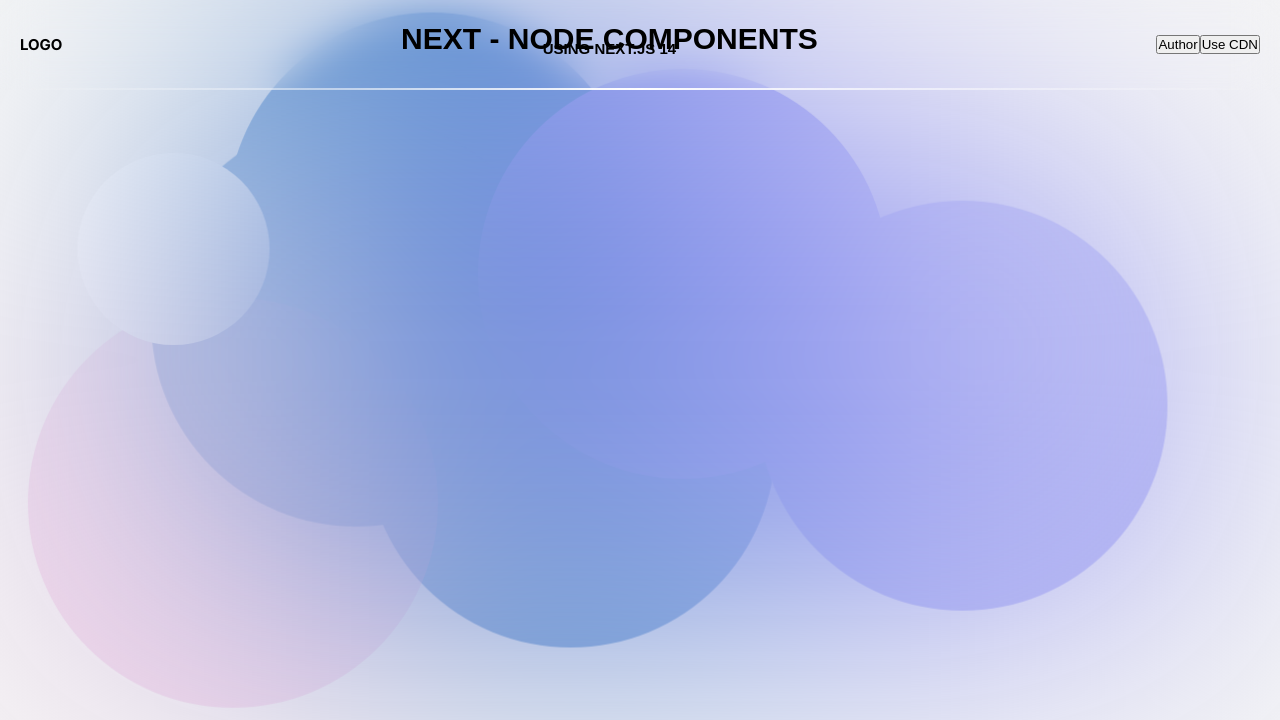
Repository: keval-gohil/komponents
Page: /
These files come from the project's save history. The page is drawn as it stood at one moment and after the next save; the edit follows.
The browser window is 1280 px wide. The pictures show the whole page.
Some web fonts or font styles are not loaded; a fallback is used. The project was rebuilt for these pictures with package versions that can differ from the ones it lists, and the page was loaded fresh each time. The framework's server and built-in components were replaced by stand-ins that run in the browser. Also part of the build but not shown: next.config.mjs.

Above is the page before, as saved 2024-03-07 12:27:40.

### app/layout.js
import { Inter } from "next/font/google";
import "./globals.css";

const inter = Inter({ subsets: ["latin"] });

export const metadata = {
  title: "Komponents | Next-Node",
  description: "Generated by create next app",
};

export default function RootLayout({ children }) {
  return (
    <html lang="en" suppressHydrationWarning={true}>
      <body className={inter.className}>{children}</body>
    </html>
  );
}

### app/page.js
import Background from '@/components/reuse/background'
import Header from '@/components/reuse/header'
import React from 'react'

const page = () => {
  return (
    <>
      <Background />
      <Header />
    </>
  )
}

export default page

### app/globals.css

*,
*:before,
*:after {
	padding: 0;
	margin: 0;
	box-sizing: border-box;
	-webkit-tap-highlight-color: transparent;
}

html {
	scroll-behavior: smooth;
	font-size: 10px;
}

body {
	width: 100%;
	height: 100%;
	overflow-x: hidden;
	background-color: whitesmoke;
}

.bouncing-blob {
	width: 32vw;
	aspect-ratio: 1;
	border-radius: 50%;
	will-change: transform;
	position: absolute;
	z-index: 1;
	top: 0;
	left: 0;
	transform-origin: left top;
  }

  .bouncing-blob--blue {
	background: #4783c7;
  }

  .bouncing-blob--white {
	background: #ffffff;
	z-index: 2;
	width: 15vw;
  }

  .bouncing-blob--purple {
	background: #8c8ff1;
  }

  .bouncing-blob--pink {
	background: #e289cd50;
  }

  .bouncing-blobs-container {
	position: fixed;
	z-index: -1;
	top: 0;
	left: 0;
	width: 100%;
	height: 100%;
  }

  .bouncing-blobs-glass {
	position: absolute;
	z-index: 2;
	top: 0;
	left: 0;
	width: 100%;
	height: 100%;
	backdrop-filter: blur(140px);
	-webkit-backdrop-filter: blur(140px);
	pointer-events: none;
  }

  .bouncing-blobs {
	position: absolute;
	z-index: 1;
	top: 0;
	left: 0;
	width: 100%;
	height: 100%;
  }

  .main-content {
	display: flex;
	flex-direction: column;
	justify-content: center;
	align-items: center;
	width: 100%;
  }




  @media (max-width: 1200px) {
	.bouncing-blobs-glass {
	  backdrop-filter: blur(120px);
	  -webkit-backdrop-filter: blur(120px);
	}
  }

  @media (max-width: 500px) {
	.bouncing-blob {
	  width: 60vw;
	}
	.bouncing-blob--white {
	  width: 30vw;
	}
	.bouncing-blobs-glass {
	  backdrop-filter: blur(90px);
	  -webkit-backdrop-filter: blur(90px);
	}

  }

### components/reuse/background.js
'use client'
import React, { useEffect } from 'react';

const MIN_SPEED = 1.5;
const MAX_SPEED = 2.5;

function randomNumber(min, max) {
  return Math.random() * (max - min) + min;
}

class Blob {
  constructor(el) {
    this.el = el;
    const boundingRect = this.el.getBoundingClientRect();
    this.size = boundingRect.width;
    this.initialX = randomNumber(0, window.innerWidth - this.size);
    this.initialY = randomNumber(0, window.innerHeight - this.size);
    this.el.style.top = `${this.initialY}px`;
    this.el.style.left = `${this.initialX}px`;
    this.vx =
      randomNumber(MIN_SPEED, MAX_SPEED) * (Math.random() > 0.5 ? 1 : -1);
    this.vy =
      randomNumber(MIN_SPEED, MAX_SPEED) * (Math.random() > 0.5 ? 1 : -1);
    this.x = this.initialX;
    this.y = this.initialY;
  }

  update() {
    this.x += this.vx;
    this.y += this.vy;
    if (this.x >= window.innerWidth - this.size) {
      this.x = window.innerWidth - this.size;
      this.vx *= -1;
    }
    if (this.y >= window.innerHeight - this.size) {
      this.y = window.innerHeight - this.size;
      this.vy *= -1;
    }
    if (this.x <= 0) {
      this.x = 0;
      this.vx *= -1;
    }
    if (this.y <= 0) {
      this.y = 0;
      this.vy *= -1;
    }
  }

  move() {
    this.el.style.transform = `translate(${this.x - this.initialX}px, ${
      this.y - this.initialY
    }px)`;
  }
}

function Background() {
  useEffect(() => {
    const blobEls = document.querySelectorAll('.bouncing-blob');
    const blobs = Array.from(blobEls).map((blobEl) => new Blob(blobEl));

    function update() {
      requestAnimationFrame(update);
      blobs.forEach((blob) => {
        blob.update();
        blob.move();
      });
    }

    requestAnimationFrame(update);

    return () => cancelAnimationFrame(update);
  }, []);

  return (
    <div className="bouncing-blobs-container">
      <div className="bouncing-blobs-glass"></div>
      <div className="bouncing-blobs">
        <div className="bouncing-blob bouncing-blob--blue"></div>
        <div className="bouncing-blob bouncing-blob--blue"></div>
        <div className="bouncing-blob bouncing-blob--blue"></div>
        <div className="bouncing-blob bouncing-blob--white"></div>
        <div className="bouncing-blob bouncing-blob--purple"></div>
        <div className="bouncing-blob bouncing-blob--purple"></div>
        <div className="bouncing-blob bouncing-blob--pink"></div>
      </div>
    </div>
  );
}

export default Background;

### components/reuse/header.js
import React from 'react'
import Style from '@/components/reuse/styles/style.css'

const Header = () => {
  return (
    <>
        <nav>
            <h1>LOGO</h1>
            <h2>Next - Node Components<span>using Next.js 14</span></h2>
            <div>
              <button>Author</button>
              <button>Use CDN</button>
            </div>
        </nav>
    </>
  )
}

export default Header

### components/reuse/styles/style.css
@import url('https://fonts.googleapis.com/css2?family=Anta&display=swap');


nav {
    display: flex;
    justify-content: space-between;
    align-items: center;
    background: transparent;
    backdrop-filter: blur(20px);
    height: 9rem;
    border-bottom: 0.2rem solid transparent;
    border-image: linear-gradient(0.25turn, rgba(56,2,155,0), #fff, rgba(56,2,155,0));
    border-image-slice: 1;
    padding: 0 2rem;
}

nav h2{
    display: flex;
    flex-direction: column;
    text-align: center;
    font-family: "Anta", sans-serif;
    text-transform: uppercase;
    line-height: 1rem;
    font-size: 3rem;
}
nav h2 span{
    font-size: 1.5rem;
}

After the next save:
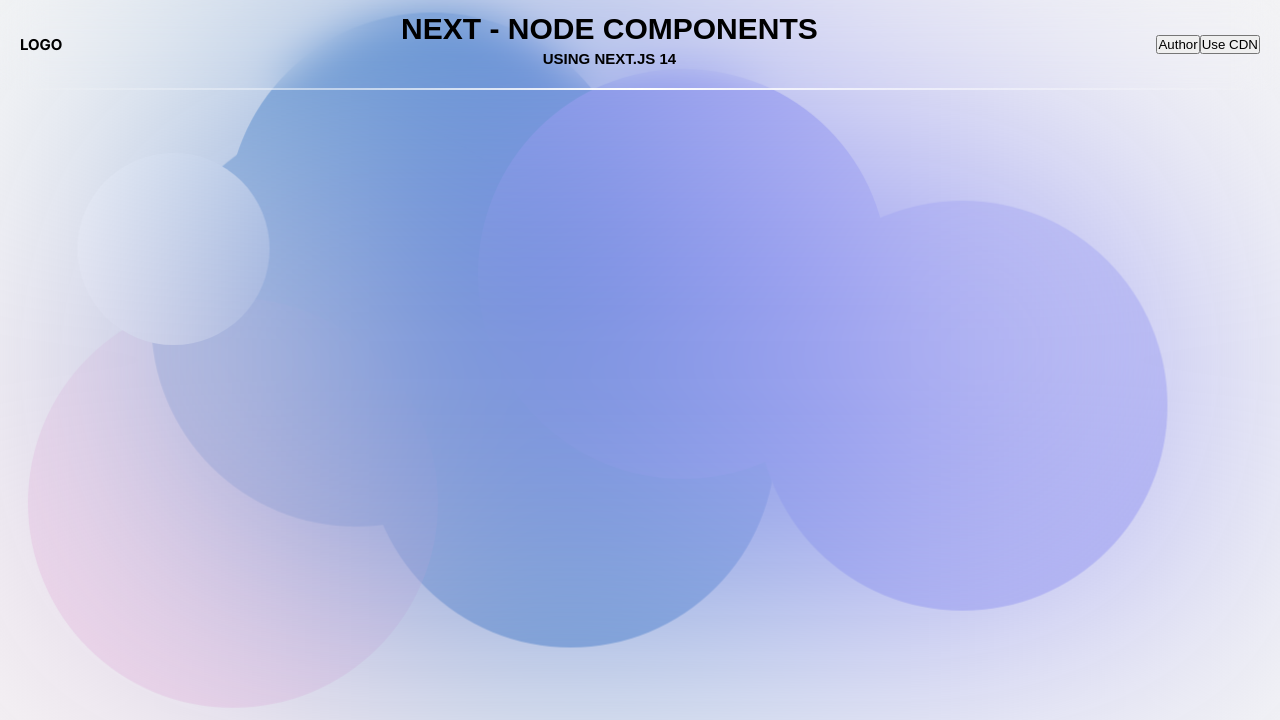
Saved 6 s later.
--- a/components/reuse/styles/style.css
+++ b/components/reuse/styles/style.css
@@ -20,7 +20,7 @@
     text-align: center;
     font-family: "Anta", sans-serif;
     text-transform: uppercase;
-    line-height: 1rem;
+    line-height: 3rem;
     font-size: 3rem;
 }
 nav h2 span{
